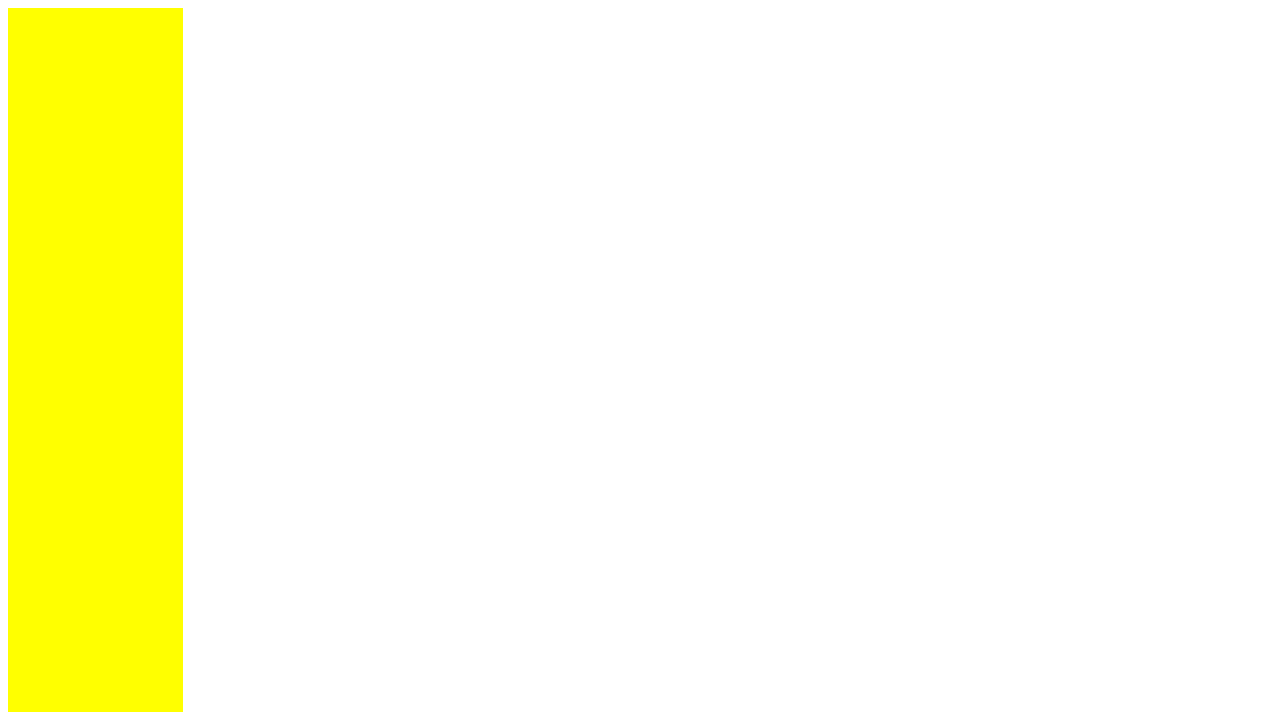
Repository: Sarah7223/internet-programming-tp
Page: TP1/ex7.html
An editor plug-in stored every save of this project. The page is shown before and after a run of saves, followed by the edit.
The browser window is 1280 px wide. The pictures show the whole page.

Above is the page before, as saved 2022-12-26 15:32:21.

### TP1/ex7.html
<html>
    <head>
        <style>
            .wrapper{
                width:clamp(300px,100%,350px);
            }
            .content{
               height: 100%;
               width: 50%;
                background-color: yellow;
            }

        </style>
    </head>
    <body>
        <div class="wrapper">
            <div class="content">

            </div>
        </div>
    </body>
</html>

After the next 2 saves:
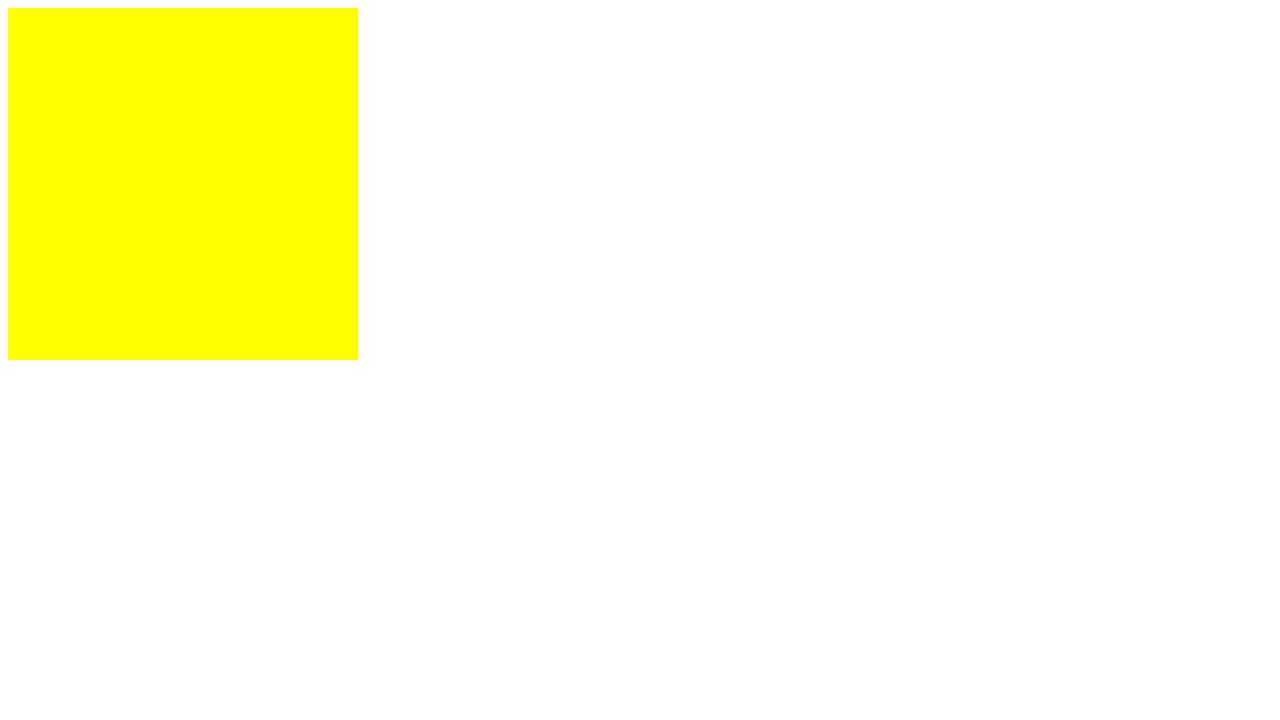
The 2 saves are shown as one change because they came seconds apart.
The last was saved 22 s later.
--- a/TP1/ex7.html
+++ b/TP1/ex7.html
@@ -5,8 +5,8 @@
                 width:clamp(300px,100%,350px);
             }
             .content{
-               height: 100%;
-               width: 50%;
+               height: 50%;
+               width: 100%;
                 background-color: yellow;
             }
 
